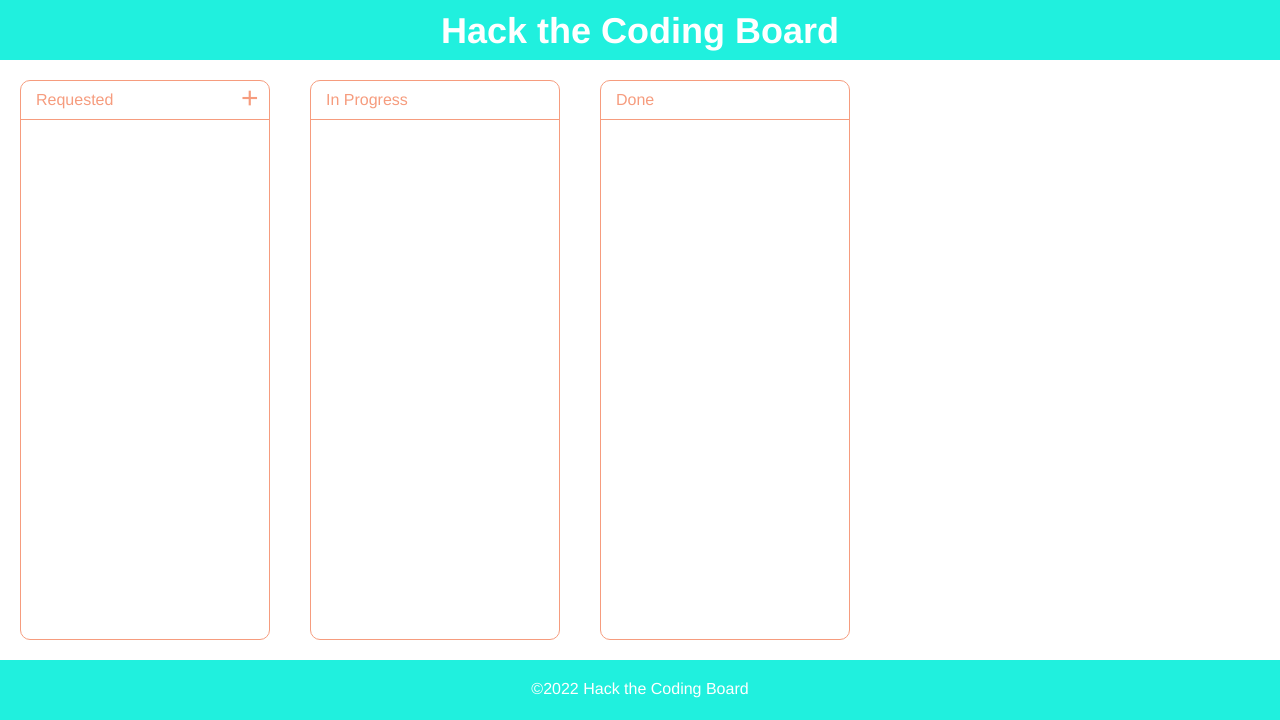
Repository: fhub-1/JS-KanbanBoard
Page: index.html
The author's editor kept a copy of each file at every save. The page is drawn from the files as they stood at one save, then again after the next save.
The browser window is 1280 px wide. The pictures show the whole page.
After loading, the first visible `div.add` was clicked once.

Above is the page before, as saved 2022-01-19 14:59:47.
Console error: ReferenceError: createElement is not defined

### index.html
<!DOCTYPE html>
<html>
<head>
  <meta charset="utf-8">
  <meta name="viewport" content="width=device-width, initial-scale=1">
  <link rel="stylesheet" href="css/styles.css">
  <title>Hack the Coding Board Project</title>
</head>
<body>
  <header class="flex">
    <h1>
      Hack the Coding Board
    </h1>
  </header>
  <div class="error"></div>
  <div class="flex flex-one board">
    <div class="list drop" id="requested">
      <div class="heading">
        <div class="title">Requested</div>
        <div class="add">+</div>
      </div>
    </div>
    <div class="list drop" id="in-progress">
      <div class="heading">
        <div class="title">In Progress</div>
      </div>
    </div>
    <div class="list drop" id="done">
      <div class="heading">
        <div class="title">Done</div>
      </div>
    </div>
  </div>
  <footer class="flex">
    <span>
      &copy;2022 Hack the Coding Board
    </span>
  </footer>
  <script src="js/kanban.js"></script>
</body>
</html>

### css/styles.css
* {
  margin: 0;
  padding: 0;
  box-sizing: border-box;
}

body {
  min-height: 100vh;
  display: flex;
  flex-direction: column;
  font-family: Helvetica, Arial, sans-serif;
  color: #F69C7E;
}

header, footer {
  background-color: #20f0de;
  height: 60px;
  justify-content: center;
  color: white;
}

header h1 {
  font-size: 36px;
  padding-top: 10px;
}

footer span {
  padding: 20px;
}

.flex {
  display: flex;
}

.flex-one {
  flex: 1;
}

.list {
  width: 250px;
  border: 1px solid #F69C7E;
  margin: 20px;
  border-radius: 10px;
  color: #F69C7E;
}

.list .title {
  margin: 5px 10px;
  padding: 5px;
}

.list .item {
  padding: 5px;
  border-bottom: 1px solid #F69C7E;
}

.list input, button {
  color: #F69C7E;
  margin-left: 5px;
}

.list button {
  padding: 2px;
}

.heading {
  display: flex;
  flex-wrap: wrap;
  border-bottom: 1px solid #F69C7E;
}

.heading .title {
  width: 200px;
}

.heading .add {
  font-size: 30px;
  cursor: pointer;
}

.error {
  color: red;
}

### js/kanban.js
let order = 1;
let adding = false;

const error = document.querySelector('.error');
const message = 'Please add a description.';

const add_btn = document.querySelector('.add');
add_btn.addEventListener('click', () => {
  const target = document.querySelector('#requested');
  if (adding == false) {
    adding = true;
    target.appendChild(create_item());
  } else {
    error.innerHTML = message;
  }
});

const create_item = () => {
  let item = createElement('div');
  item.classList.add('item');
  item.id = 'item-' + order;
  item.draggable = true;
  item.addEventListener('dragstart', event =>
  event.dataTransfer.setData('text', event.target.id));
  item.addEventListener('dragend', event =>
  event.dataTransfer.clearData());

  let input = document.createElement('input');
  item.appendChild(input);

  let save_btn = document.createElement('button');
  save_btn.innerHTML = 'Save';
  save_btn.addEventListener('click', () => {
    error.innerHTML = '';
    if(input.value !== ''){
      order += 1;
      item.innerHTML = input.value;
      adding = false;
    } else {
      error.innerHTML = message;
    }
  });
  item.appendChild(save_btn);

  return item;
};

document.querySelectorAll('.drop').forEach(element => {
  element.addEventListener('drop', event => {
    event.preventDefault();
    const id = event.dataTransfer.getData('text');
    event.target.appendChild(document.getElementById(id));
  });
  element.addEventListener('dragover', event => event.preventDefault());
});

After the next save:
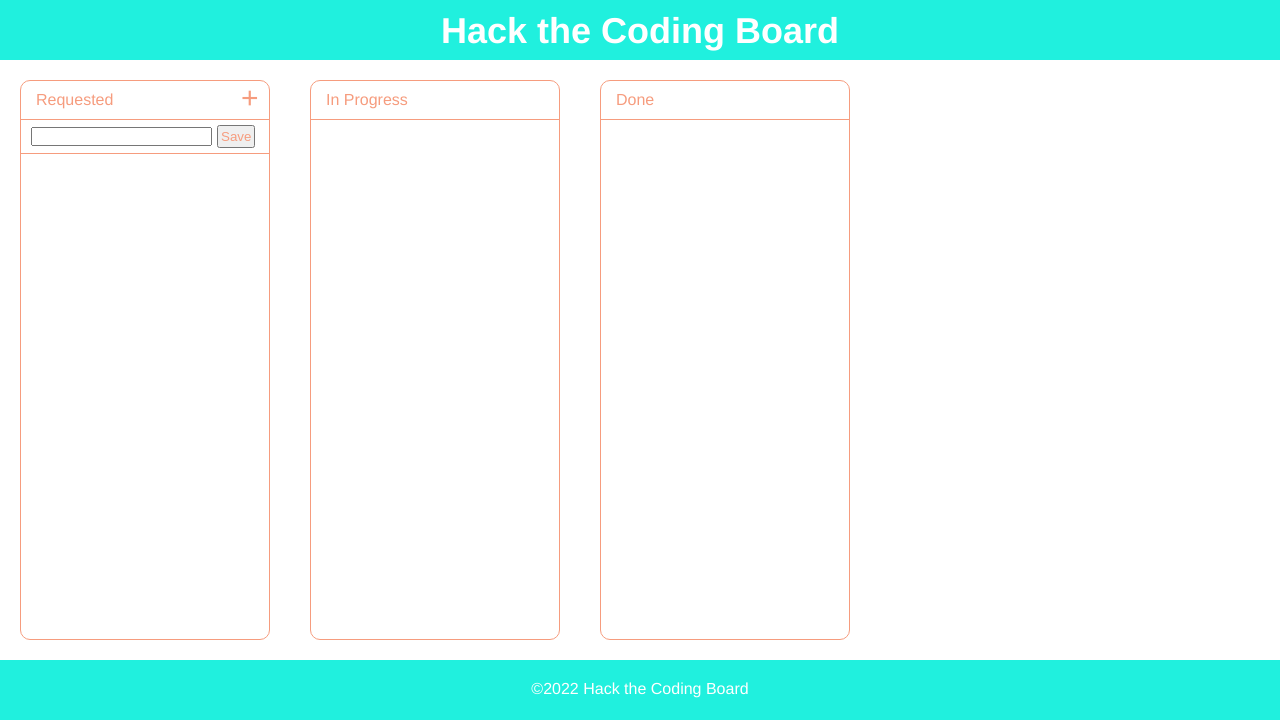
The error is gone.
Saved 2 min 30 s later.
--- a/js/kanban.js
+++ b/js/kanban.js
@@ -16,7 +16,7 @@ add_btn.addEventListener('click', () => {
 });
 
 const create_item = () => {
-  let item = createElement('div');
+  let item = document.createElement('div');
   item.classList.add('item');
   item.id = 'item-' + order;
   item.draggable = true;
